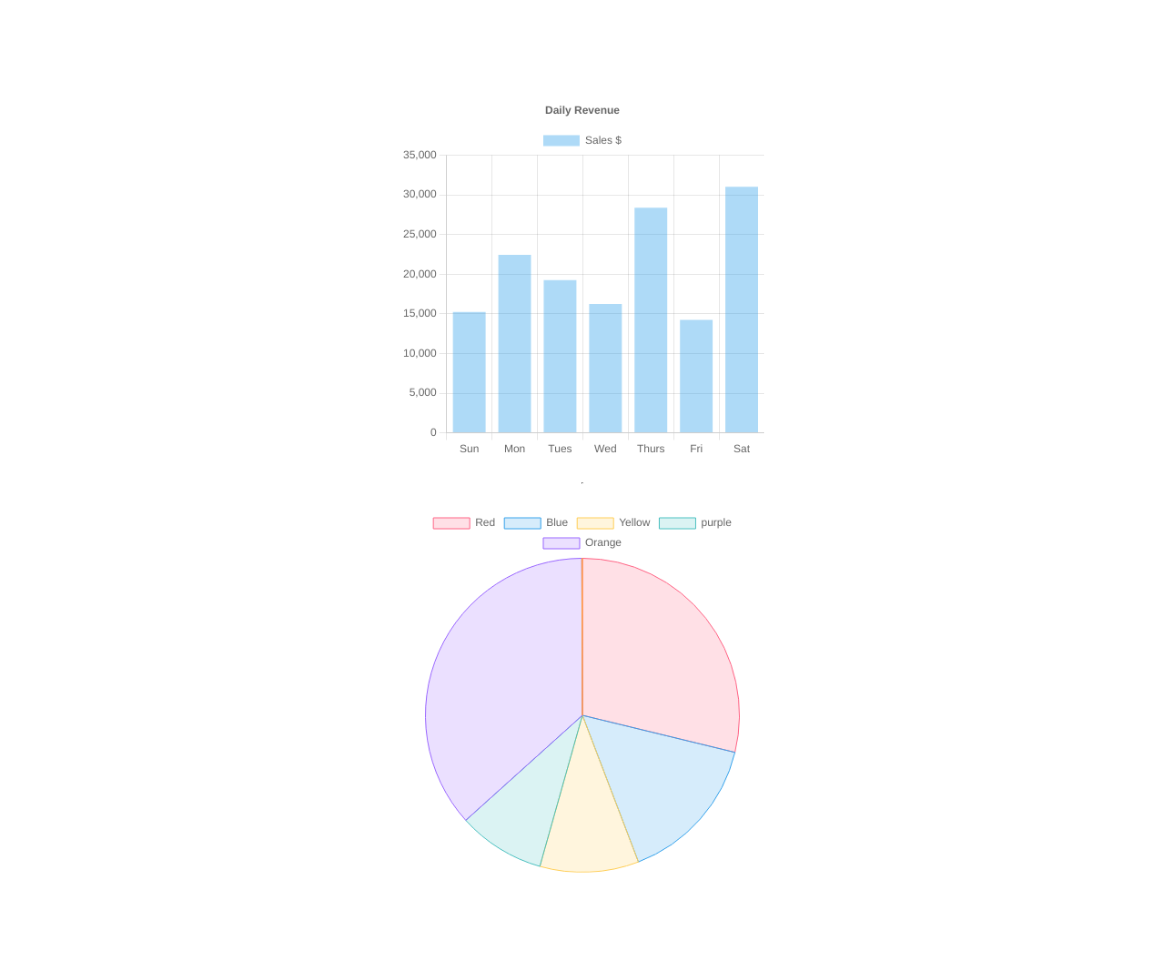
Repository: anoncoderin/dcd-charts-11week
Page: /
An editor plug-in stored every save of this project. The page is shown before and after the next save, followed by the edit.
The browser window is 1280 px wide. The pictures show the whole page, at 91% of full size.
The project was rebuilt for these pictures with package versions that can differ from the ones it lists, and the page was loaded fresh each time. The framework's server and built-in components were replaced by stand-ins that run in the browser. Also part of the build but not shown: next.config.js.

Above is the page before, as saved 2023-03-24 11:34:43.

After the next save:
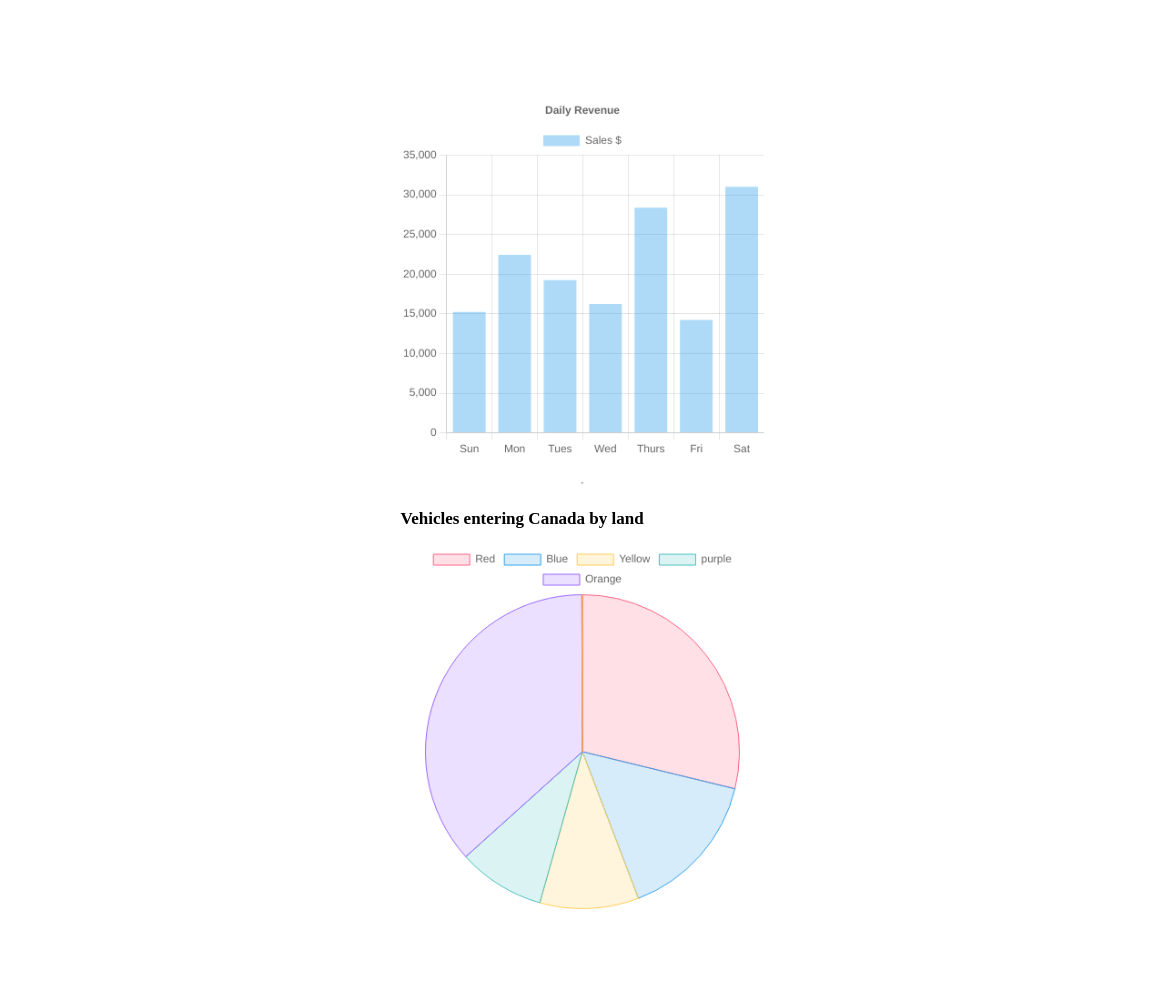
Saved 32 s later.
--- a/pages/index.js
+++ b/pages/index.js
@@ -18,7 +18,7 @@ export default function Home() {
         <br></br>
         <hr></hr>
       <div>
-        <h3></h3>
+        <h3>Vehicles entering Canada by land</h3>
         <PieChart/>
         </div>
       </main>
